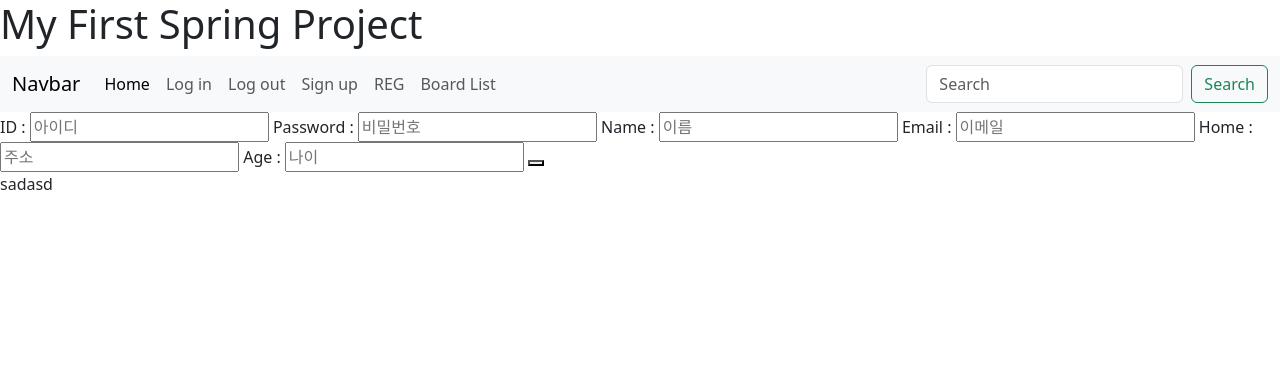
Repository: dfhdfhdfsza/springtest
Page: http://localhost/spring-Test/WEB-INF/views/member/signup.jsp
An editor plug-in stored every save of this project. The page is shown before and after the next save, followed by the edit.
The browser window is 1280 px wide. The pictures show the whole page.
The page is served by Tomcat 9. Nobody is signed in. Other server files are loaded and not shown. The template is opened directly, without the code that normally fills it, so the values that code supplies are empty.

Above is the page before, as saved 2023-10-06 07:32:06.

### spring-Test/src/main/webapp/WEB-INF/views/member/signup.jsp
<%@ page language="java" contentType="text/html; charset=UTF-8"
    pageEncoding="UTF-8"%>
    <%@ taglib uri="http://java.sun.com/jsp/jstl/core" prefix="c"%>
<!DOCTYPE html>
<html>
<head>
<meta charset="UTF-8">
<title>Insert title here</title>
</head>
<body>
	<jsp:include page="../layout/header.jsp"></jsp:include>
	<form action="/member/singup">
		ID : <input type="text" name="id" placeholder="아이디">
		Password : <input type="password" name="pw" placeholder="비밀번호">
		Name : <input type="text" name="name" placeholder="이름">
		Email : <input type="text" name="email" placeholder="이메일">
		Home :  <input type="text" name="home" placeholder="주소">
		Age : <input type="text" name="age" placeholder="나이">
		<button type="submit"></button>
	</form>
	<jsp:include page="../layout/footer.jsp"></jsp:include>
</body>
</html>

### spring-Test/src/main/webapp/WEB-INF/views/layout/header.jsp
<%@ page language="java" contentType="text/html; charset=UTF-8"
    pageEncoding="UTF-8"%>
    <%@ taglib prefix="c" uri="http://java.sun.com/jsp/jstl/core" %>
<!DOCTYPE html>
<html>
<head>
<meta charset="UTF-8">
<title>Insert title here</title>
<link href="https://cdn.jsdelivr.net/npm/bootstrap@5.3.1/dist/css/bootstrap.min.css" rel="stylesheet" integrity="sha384-4bw+/aepP/YC94hEpVNVgiZdgIC5+VKNBQNGCHeKRQN+PtmoHDEXuppvnDJzQIu9" crossorigin="anonymous">
<script src="https://cdn.jsdelivr.net/npm/bootstrap@5.3.1/dist/js/bootstrap.bundle.min.js" integrity="sha384-HwwvtgBNo3bZJJLYd8oVXjrBZt8cqVSpeBNS5n7C8IVInixGAoxmnlMuBnhbgrkm" crossorigin="anonymous"></script>
</head>
<body>
	<h1>My First Spring Project</h1>
	<nav class="navbar navbar-expand-lg bg-body-tertiary">
  <div class="container-fluid">
    <a class="navbar-brand" href="#">Navbar</a>
    <button class="navbar-toggler" type="button" data-bs-toggle="collapse" data-bs-target="#navbarSupportedContent" aria-controls="navbarSupportedContent" aria-expanded="false" aria-label="Toggle navigation">
      <span class="navbar-toggler-icon"></span>
    </button>
    <div class="collapse navbar-collapse" id="navbarSupportedContent">
      <ul class="navbar-nav me-auto mb-2 mb-lg-0">
        <li class="nav-item">
          <a class="nav-link active" aria-current="page" href="#">Home</a>
        </li>

        <li class="nav-item">
          <a class="nav-link" href="/member/login" >Log in</a>
        </li>
        <li class="nav-item">
          <a class="nav-link" >Log out</a>
        </li>
        <li class="nav-item">
          <a class="nav-link" href="/member/signup">Sign up</a>
        </li>
        <li class="nav-item">
          <a class="nav-link"  href="/board/register">REG</a>
        </li>
        <li class="nav-item">
          <a class="nav-link" href="/board/list">Board List</a>
        </li>
      </ul>
      <form class="d-flex" role="search">
        <input class="form-control me-2" type="search" placeholder="Search" aria-label="Search">
        <button class="btn btn-outline-success" type="submit">Search</button>
      </form>
    </div>
  </div>
</nav>

### spring-Test/src/main/webapp/WEB-INF/views/layout/footer.jsp
<%@ page language="java" contentType="text/html; charset=UTF-8"
    pageEncoding="UTF-8"%>


	<div>
		sadasd
	</div>
</body>
</html>

After the next save:
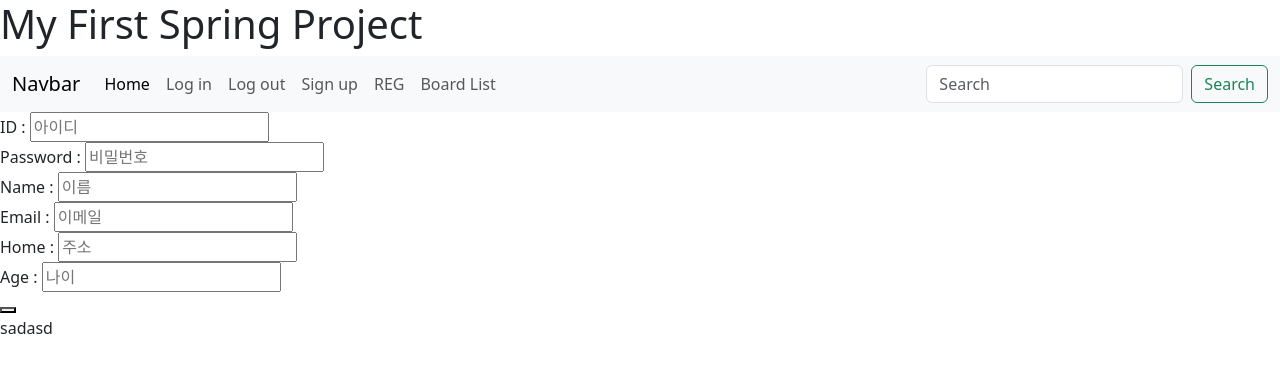
Saved 115 s later.
--- a/spring-Test/src/main/webapp/WEB-INF/views/member/signup.jsp
+++ b/spring-Test/src/main/webapp/WEB-INF/views/member/signup.jsp
@@ -10,12 +10,12 @@
 <body>
 	<jsp:include page="../layout/header.jsp"></jsp:include>
 	<form action="/member/singup">
-		ID : <input type="text" name="id" placeholder="아이디">
-		Password : <input type="password" name="pw" placeholder="비밀번호">
-		Name : <input type="text" name="name" placeholder="이름">
-		Email : <input type="text" name="email" placeholder="이메일">
-		Home :  <input type="text" name="home" placeholder="주소">
-		Age : <input type="text" name="age" placeholder="나이">
+		ID : <input type="text" name="id" placeholder="아이디"> <br>
+		Password : <input type="password" name="pw" placeholder="비밀번호"><br>
+		Name : <input type="text" name="name" placeholder="이름"><br>
+		Email : <input type="text" name="email" placeholder="이메일"><br>
+		Home :  <input type="text" name="home" placeholder="주소"><br>
+		Age : <input type="text" name="age" placeholder="나이"><br>
 		<button type="submit"></button>
 	</form>
 	<jsp:include page="../layout/footer.jsp"></jsp:include>
